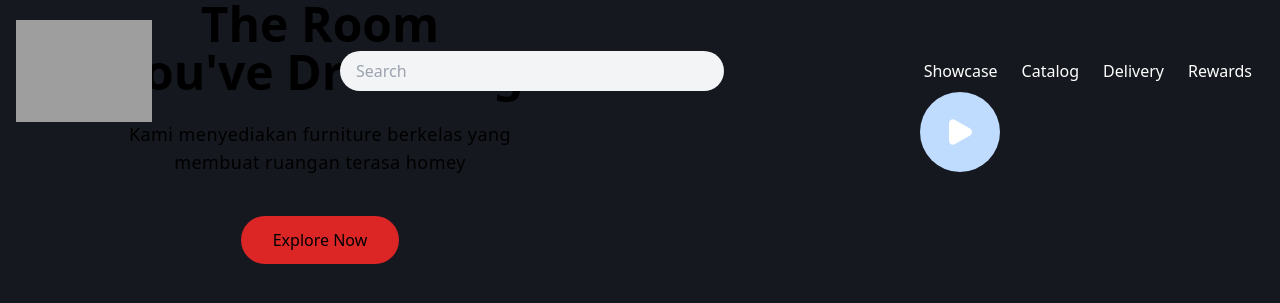
Repository: farrelmuhammad/anime-collections
Page: /
An editor plug-in stored every save of this project. The page is shown before and after the next save, followed by the edit.
The browser window is 1280 px wide. The pictures show the whole page.
Pictures or frames that could not be fetched are drawn as grey boxes. The page's requests for data from a server got no answer. The project was rebuilt for these pictures with package versions that can differ from the ones it lists, and the page was loaded fresh each time. No one was signed in, and anything a server would have sent is missing. Also part of the build but not shown: src/App.css.

Above is the page before, as saved 2023-08-03 23:47:31.

After the next save:
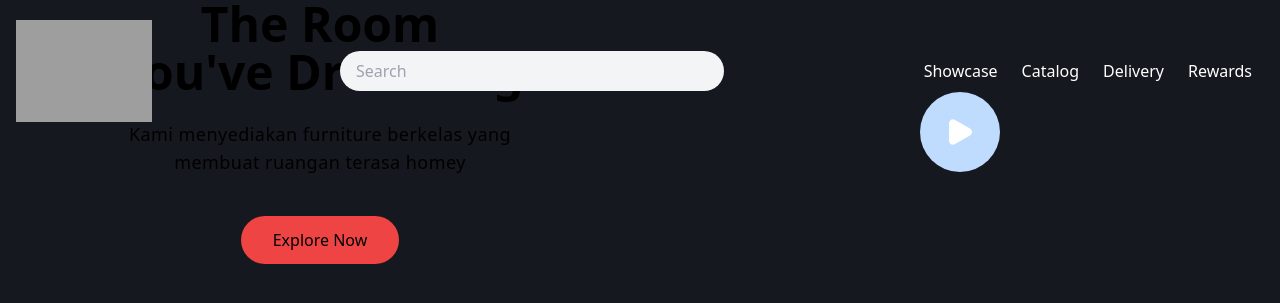
Saved 10 s later.
--- a/src/parts/Home/Hero.tsx
+++ b/src/parts/Home/Hero.tsx
@@ -33,7 +33,7 @@
                 <div>
                     <a
                         href="#browse-the-room"
-                        className="bg-red-600 text-black hover:bg-black hover:text-red-400 rounded-full px-8 py-3 mt-4 inline-block flex-none transition duration-200"
+                        className="bg-red-500 text-black hover:bg-black hover:text-red-400 rounded-full px-8 py-3 mt-4 inline-block flex-none transition duration-200"
                     >
                         Explore Now
                     </a>
